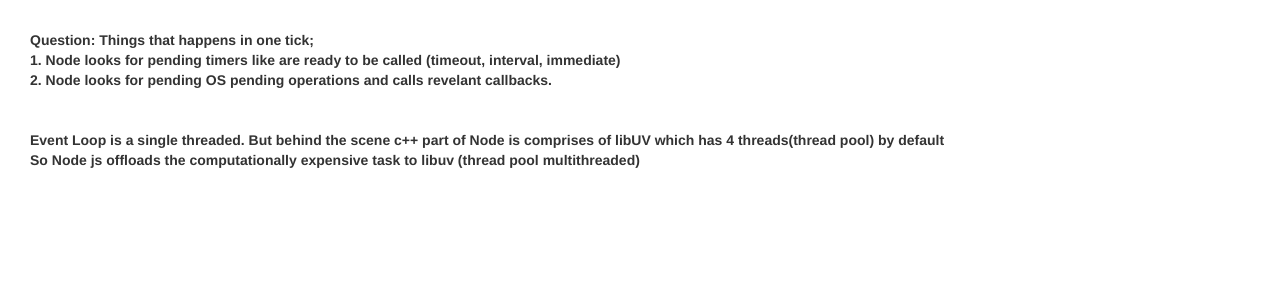
Repository: rahil001/preparation
Page: javascriptPrac/index.html
An editor plug-in stored every save of this project. The page is shown before and after the next save, followed by the edit.
The browser window is 1280 px wide. The pictures show the whole page.

Above is the page before, as saved 2019-10-27 21:15:45.

After the next save:
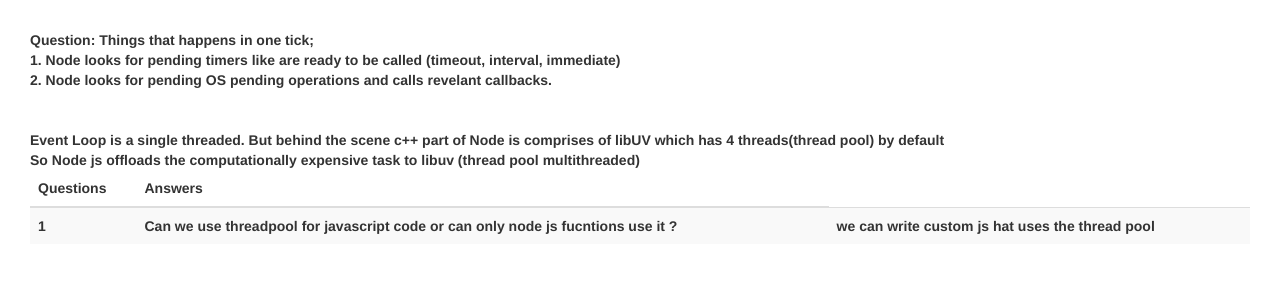
Saved 50 min 32 s later.
--- a/javascriptPrac/index.html
+++ b/javascriptPrac/index.html
@@ -28,9 +28,24 @@
         </div>
     </div>
     <div class="singleT">
-    Event Loop is a single threaded. But behind the scene c++ part of Node is comprises of libUV which has 4 threads(thread pool) by default
-    <div>So Node js offloads the computationally expensive task to libuv (thread pool multithreaded)</div>
+        Event Loop is a single threaded. But behind the scene c++ part of Node is comprises of libUV which has 4 threads(thread pool) by default
+        <div>So Node js offloads the computationally expensive task to libuv (thread pool multithreaded)</div>
     </div>
+<table class="table table-striped w-auto">
+        <thead>
+          <tr>
+            <th>Questions</th>
+            <th>Answers</th>
+          </tr>
+        </thead>
+        <tbody>
+          <tr class="table-info">
+            <th scope="row">1</th>
+            <td>Can we use threadpool for javascript code or can only node js fucntions use it ?</td>
+            <td>we can write custom js hat uses the thread pool</td>
+          </tr>
+        </tbody>
+      </table>
 
 </div>
 <script src="app.js"></script>
